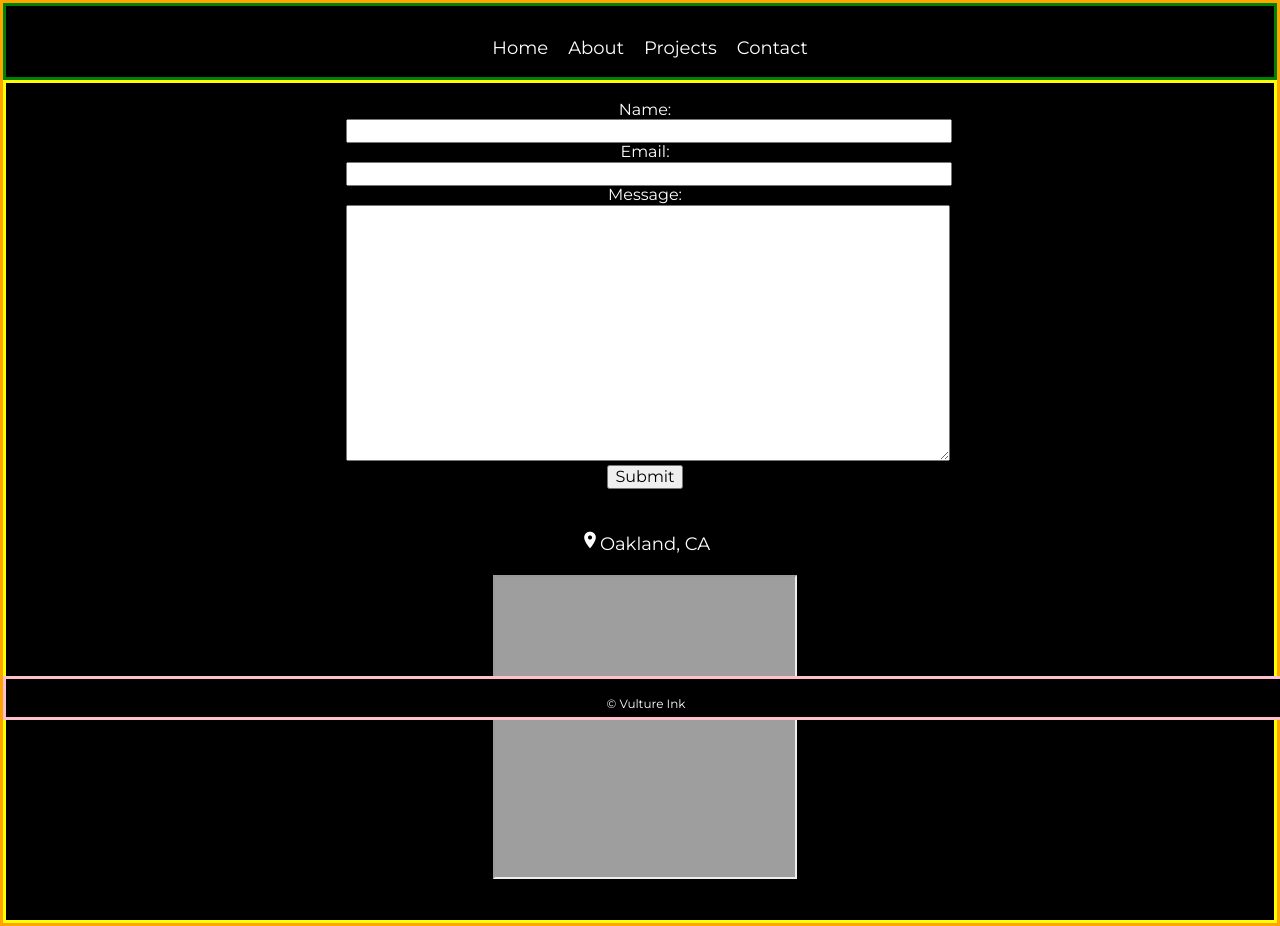
Repository: kaitlynMidori/anon_ink
Page: pages/Contact.html
An editor plug-in stored every save of this project. The page is shown before and after the next save, followed by the edit.
The browser window is 1280 px wide. The pictures show the whole page.
Pictures or frames that could not be fetched are drawn as grey boxes. Some web libraries are served in a nearby version.

Above is the page before, as saved 2021-09-07 13:09:52.

After the next save:
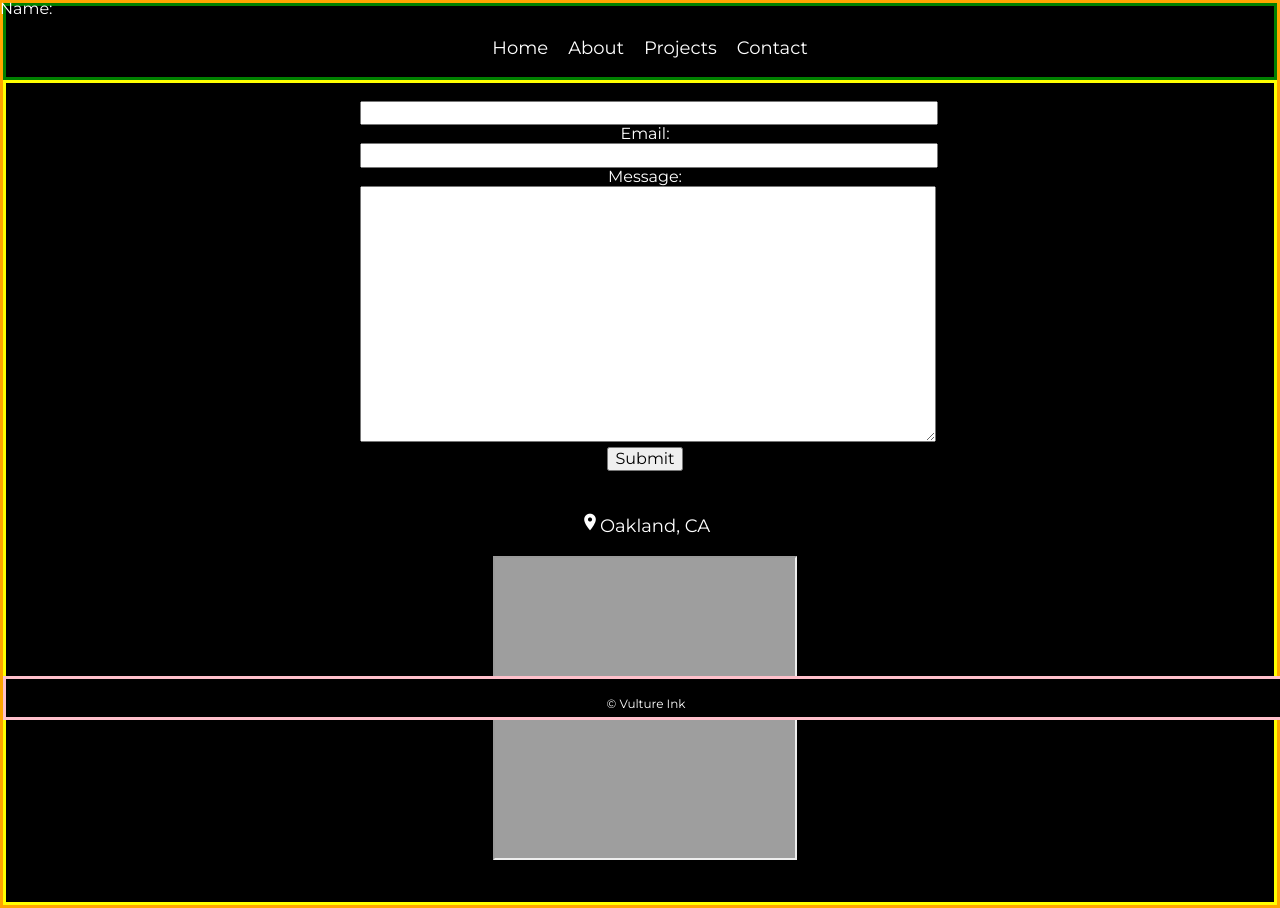
Saved 3 min 42 s later.
--- a/style.css
+++ b/style.css
@@ -490,3 +490,9 @@ body {
   form textarea {
     height: 250px;
   }
+
+  .user-name {
+    top: 0;
+    left: 0;
+    position: absolute;
+  }
